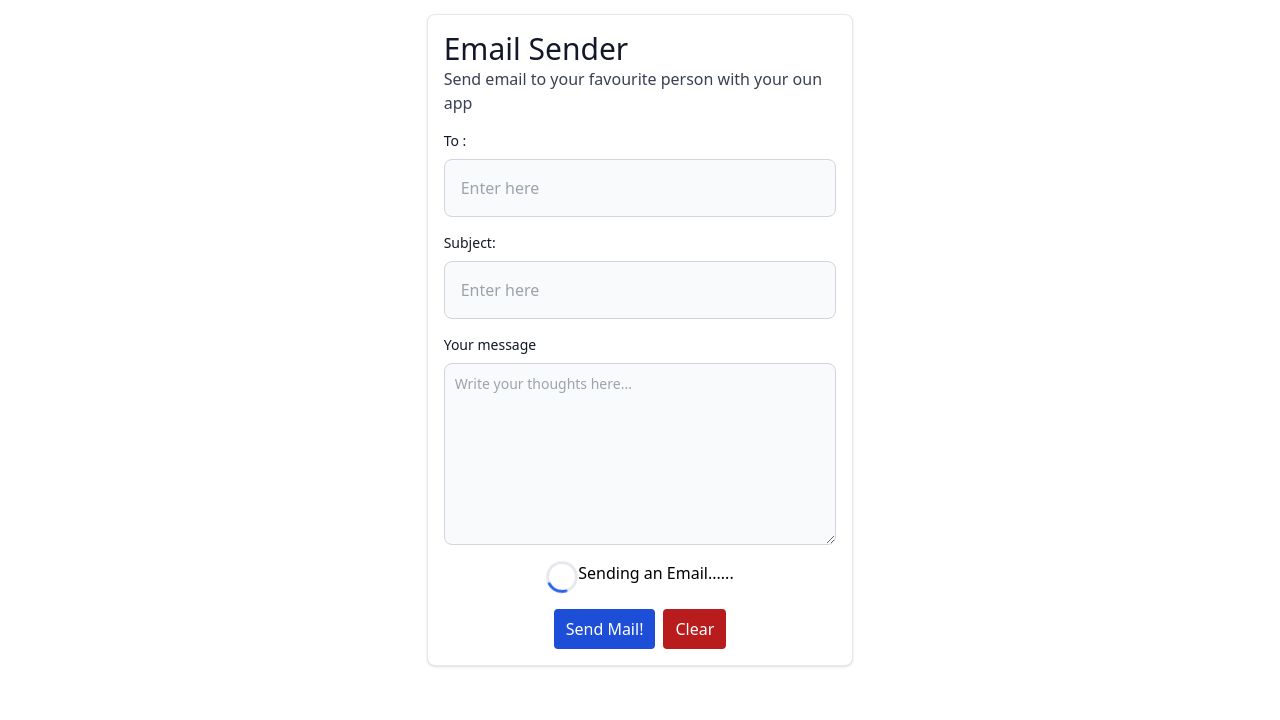
Repository: vikas-1234/EmailReactProject
Page: / (app in email-sender/)
The author's editor kept a copy of each file at every save. The page is drawn from the files as they stood at one save, then again after the next save.
The browser window is 1280 px wide. The pictures show the whole page.
The project was rebuilt for these pictures with package versions that can differ from the ones it lists, and the page was loaded fresh each time. Also part of the build but not shown: email-sender/vite.config.js, email-sender/src/App.css.

Above is the page before, as saved 2024-04-21 12:01:00.

### email-sender/index.html
<!doctype html>
<html lang="en" class="light">
  <head>
    <meta charset="UTF-8" />
    <link rel="icon" type="image/svg+xml" href="/vite.svg" />
    <meta name="viewport" content="width=device-width, initial-scale=1.0" />
    <title>Email Sender</title>
  </head>
  <body className="bg-gray-200">
    <div id="root"></div>
    <script type="module" src="/src/main.jsx"></script>
  </body>
</html>

### email-sender/src/App.jsx

import { Toaster } from 'react-hot-toast'
import './App.css'
import EmailSender from './components/EmailSender'

function App() {


  return (
    <>
      <EmailSender/>
      <Toaster/>
    </>
  )
}

export default App

### email-sender/src/components/EmailSender.jsx
import { useState } from "react";
import toast from "react-hot-toast";
import { sendEmail } from "../services/email.services";
function EmailSender() {
  const [emailData, setEmailData] = useState({
    to: "",
    subject: "",
    message: "",
  });

  async function handleFieldChange(event, name) {
    setEmailData({ ...emailData,[name]: event.target.value });
  }

  async function handleSubmit(event) {
    event.preventDefault();

    if(emailData.to=='' || emailData.subject=='' || emailData.message==''){
      alert('Please fill all the fields');
      toast.error("Invalid Fields!!");
      return;
    }

    // send email using an API for that we are using AXIOS Library to fetch the data  and display it.

    try {
      await sendEmail(emailData);
      toast.success("Email Data has been sent successfully");
      toast.success("Send Another One Data");
      setEmailData({
        to: "",
        subject: "",
        message: "",
      })
      console.log(emailData);
    } catch (error) {
      toast.error("Email not send!!!");
      console.log(emailData);
    }





    console.log(emailData);
  }

  return (
    <div className="w-full min-h-screen flex justify-center items-center">
      <div className="email_card md:w-1/3 w-full -mt-10 mx-4 md:mx-0  bg-white p-4 border rounded-lg shadow">
        <h1 className="text-gray-900 text-3xl">Email Sender</h1>
        <p className="text-gray-700">
          {" "}
          Send email to your favourite person with your oun app{" "}
        </p>

        <form action="" onSubmit={handleSubmit}>
          {/* To Section */}

          <div className="input_field mt-4">
            <label
              htmlFor="large-input"
              className="block mb-2 text-sm font-medium text-gray-900 dark:text-white"
            >
              To :
            </label>
            <input
              type="text"
              value={emailData.to}
              onChange={(event) => handleFieldChange(event, "to")}
              placeholder="Enter here"
              id="large-input"
              className="block w-full p-4 text-gray-900 border border-gray-300 rounded-lg bg-gray-50 text-base focus:ring-blue-500 focus:border-blue-500 dark:bg-gray-700 dark:border-gray-600 dark:placeholder-gray-400 dark:text-white dark:focus:ring-blue-500 dark:focus:border-blue-500"
            ></input>
          </div>
          {/* To Subject */}

          <div className="input_field mt-4">
            <label
              htmlFor="large-input"
              className="block mb-2 text-sm font-medium text-gray-900 dark:text-white"
            >
              Subject:
            </label>
            <input
              type="text"
              value={emailData.subject}
              onChange={(event) => handleFieldChange(event, "subject")}
              placeholder="Enter here"
              id="large-input"
              class="block w-full p-4 text-gray-900 border border-gray-300 rounded-lg bg-gray-50 text-base focus:ring-blue-500 focus:border-blue-500 dark:bg-gray-700 dark:border-gray-600 dark:placeholder-gray-400 dark:text-white dark:focus:ring-blue-500 dark:focus:border-blue-500"
            ></input>
          </div>

          {/* Message Section */}

          <div className="form_field mt-4">
            <label
              htmlFor="message"
              className="block mb-2 text-sm font-medium text-gray-900 dark:text-white"
            >
              Your message
            </label>
            <textarea
              id="message"
              value={emailData.message}
              onChange={(event) => handleFieldChange(event, "message")}
              rows="8"
              class="block p-2.5 w-full text-sm text-gray-900 bg-gray-50 rounded-lg border border-gray-300 focus:ring-blue-500 focus:border-blue-500 dark:bg-gray-700 dark:border-gray-600 dark:placeholder-gray-400 dark:text-white dark:focus:ring-blue-500 dark:focus:border-blue-500"
              placeholder="Write your thoughts here..."
            ></textarea>
          </div>

      {/* Loader Section */}
          <div className="loader justify-center flex mt-4">
          <div role="status">
    <svg aria-hidden="true" class="w-8 h-8 text-gray-200 animate-spin dark:text-gray-600 fill-blue-600" viewBox="0 0 100 101" fill="none" xmlns="http://www.w3.org/2000/svg">
        <path d="M100 50.5908C100 78.2051 77.6142 100.591 50 100.591C22.3858 100.591 0 78.2051 0 50.5908C0 22.9766 22.3858 0.59082 50 0.59082C77.6142 0.59082 100 22.9766 100 50.5908ZM9.08144 50.5908C9.08144 73.1895 27.4013 91.5094 50 91.5094C72.5987 91.5094 90.9186 73.1895 90.9186 50.5908C90.9186 27.9921 72.5987 9.67226 50 9.67226C27.4013 9.67226 9.08144 27.9921 9.08144 50.5908Z" fill="currentColor"/>
        <path d="M93.9676 39.0409C96.393 38.4038 97.8624 35.9116 97.0079 33.5539C95.2932 28.8227 92.871 24.3692 89.8167 20.348C85.8452 15.1192 80.8826 10.7238 75.2124 7.41289C69.5422 4.10194 63.2754 1.94025 56.7698 1.05124C51.7666 0.367541 46.6976 0.446843 41.7345 1.27873C39.2613 1.69328 37.813 4.19778 38.4501 6.62326C39.0873 9.04874 41.5694 10.4717 44.0505 10.1071C47.8511 9.54855 51.7191 9.52689 55.5402 10.0491C60.8642 10.7766 65.9928 12.5457 70.6331 15.2552C75.2735 17.9648 79.3347 21.5619 82.5849 25.841C84.9175 28.9121 86.7997 32.2913 88.1811 35.8758C89.083 38.2158 91.5421 39.6781 93.9676 39.0409Z" fill="currentFill"/>
    </svg>
    <span class="sr-only">Loading...</span>
</div>
<h1>Sending an Email......</h1>
          </div>

          <div className="button_container mt-4 flex justify-center gap-2">
            <button  type="submit"className="hover:bg-blue-900 text-white bg-blue-700 px-3 py-2 rounded">
              Send Mail!
            </button>
            <button className="hover:bg-red-900 text-white bg-red-700 px-3 py-2 rounded">
              Clear
            </button>
          </div>
        </form>
      </div>
    </div>
  );
}

export default EmailSender;

### email-sender/src/services/email.services.jsx

import { customAxios } from "./helper";

export async function sendEmail(emailData) {
    const result=(await customAxios.post(`/send`, emailData)).data;
    return  result;

  // .then((response) => {
    //     alert('Email sent successfully:', response.data);
    //     return response.data;
    // })
    // .catch((error) => {
    //     alert('Error sending email:', error);
    //     throw error;
    // })
}

### email-sender/src/services/helper.jsx
import axios from 'axios'

const baseURL = "http://localhost:8080/api/v1/email";
//  const baseURL = '/api/v1'; // Use this for production.
export const customAxios=axios.create({
    baseURL: baseURL,

});

### email-sender/tailwind.config.js
/** @type {import('tailwindcss').Config} */
export default {
  content: ["./index.html",
  "./src/**/*.{js,ts,jsx,tsx}",],
  theme: {
    extend: {},
  },
  plugins: [],
  darkMode:'selector',
}

Loaded but not shown: email-sender/src/main.jsx (common file); email-sender/src/index.css (common file)

After the next save:
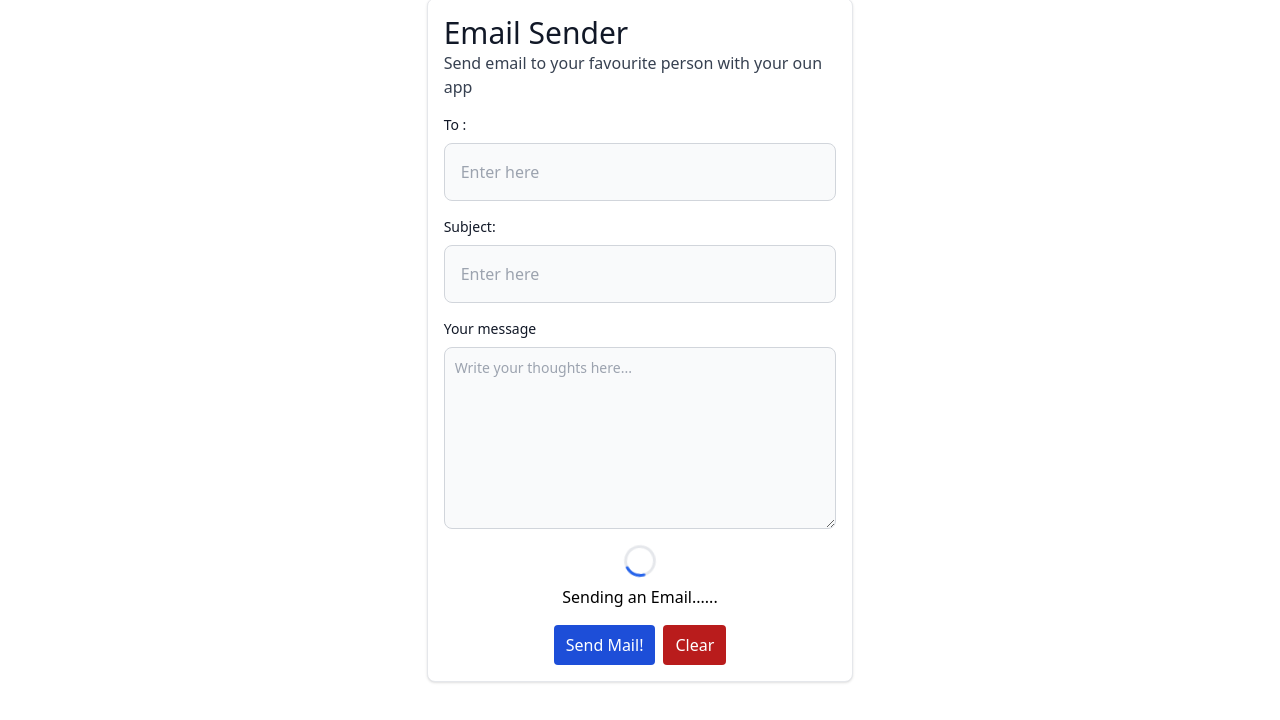
Saved 53 s later.
--- a/email-sender/src/components/EmailSender.jsx
+++ b/email-sender/src/components/EmailSender.jsx
@@ -112,7 +112,7 @@ function EmailSender() {
           </div>
 
       {/* Loader Section */}
-          <div className="loader justify-center flex mt-4">
+          <div className="loader flex-col gap-2 items-center justify-center flex mt-4">
           <div role="status">
     <svg aria-hidden="true" class="w-8 h-8 text-gray-200 animate-spin dark:text-gray-600 fill-blue-600" viewBox="0 0 100 101" fill="none" xmlns="http://www.w3.org/2000/svg">
         <path d="M100 50.5908C100 78.2051 77.6142 100.591 50 100.591C22.3858 100.591 0 78.2051 0 50.5908C0 22.9766 22.3858 0.59082 50 0.59082C77.6142 0.59082 100 22.9766 100 50.5908ZM9.08144 50.5908C9.08144 73.1895 27.4013 91.5094 50 91.5094C72.5987 91.5094 90.9186 73.1895 90.9186 50.5908C90.9186 27.9921 72.5987 9.67226 50 9.67226C27.4013 9.67226 9.08144 27.9921 9.08144 50.5908Z" fill="currentColor"/>
